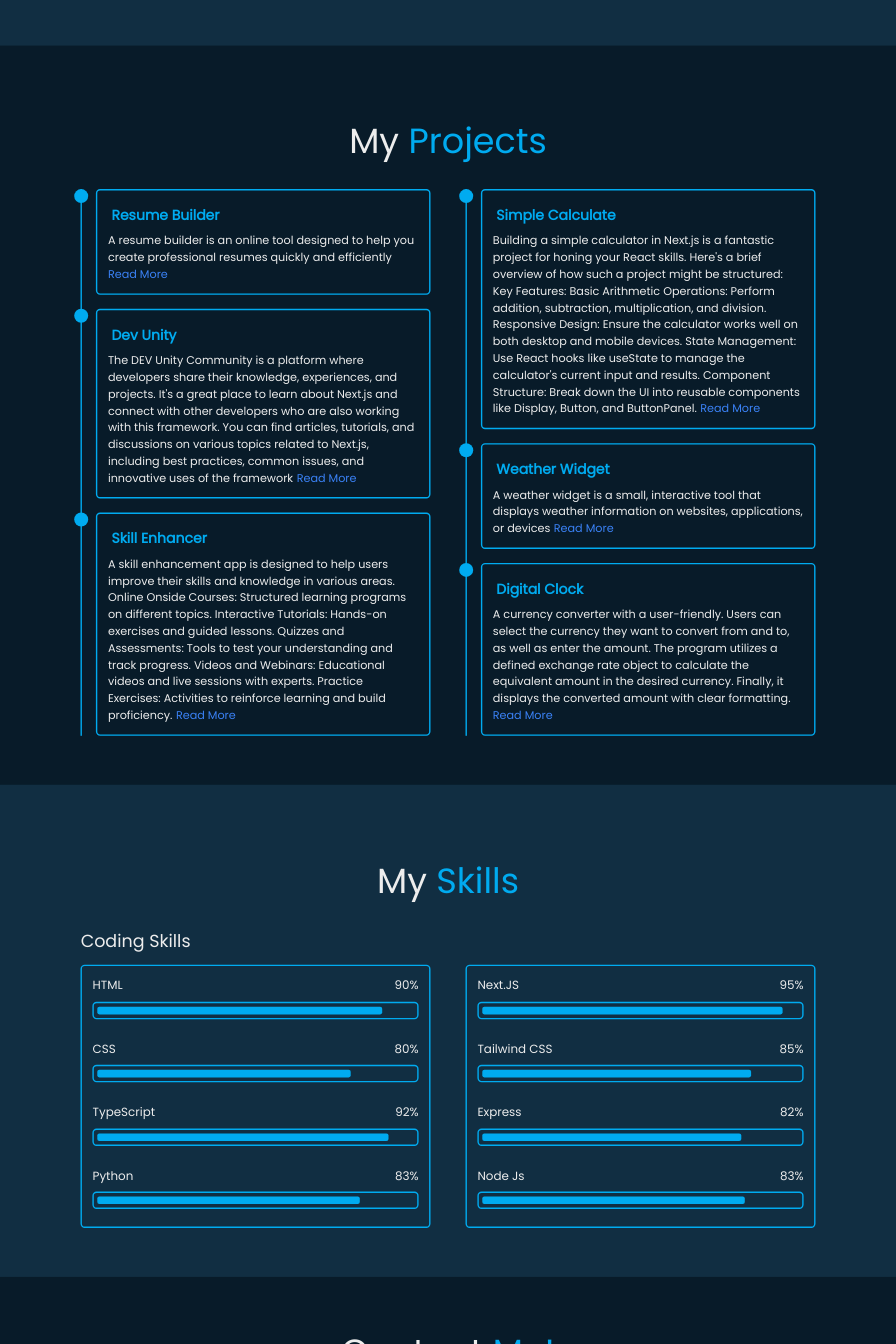
Repository: asadullah48/nextjs_projects_portfolio
Page: /
An editor plug-in stored every save of this project. The page is shown before and after the next save, followed by the edit.
The browser window is 1280 px wide. The pictures show the part of the page from y = 1593 to 3513 px (the page is 4306 px tall), at 70% of full size.
The project was rebuilt for these pictures with package versions that can differ from the ones it lists, and the page was loaded fresh each time. The framework's server and built-in components were replaced by stand-ins that run in the browser. Also part of the build but not shown: next.config.ts.

Above is the page before, as saved 2024-11-13 15:03:13.

After the next save:
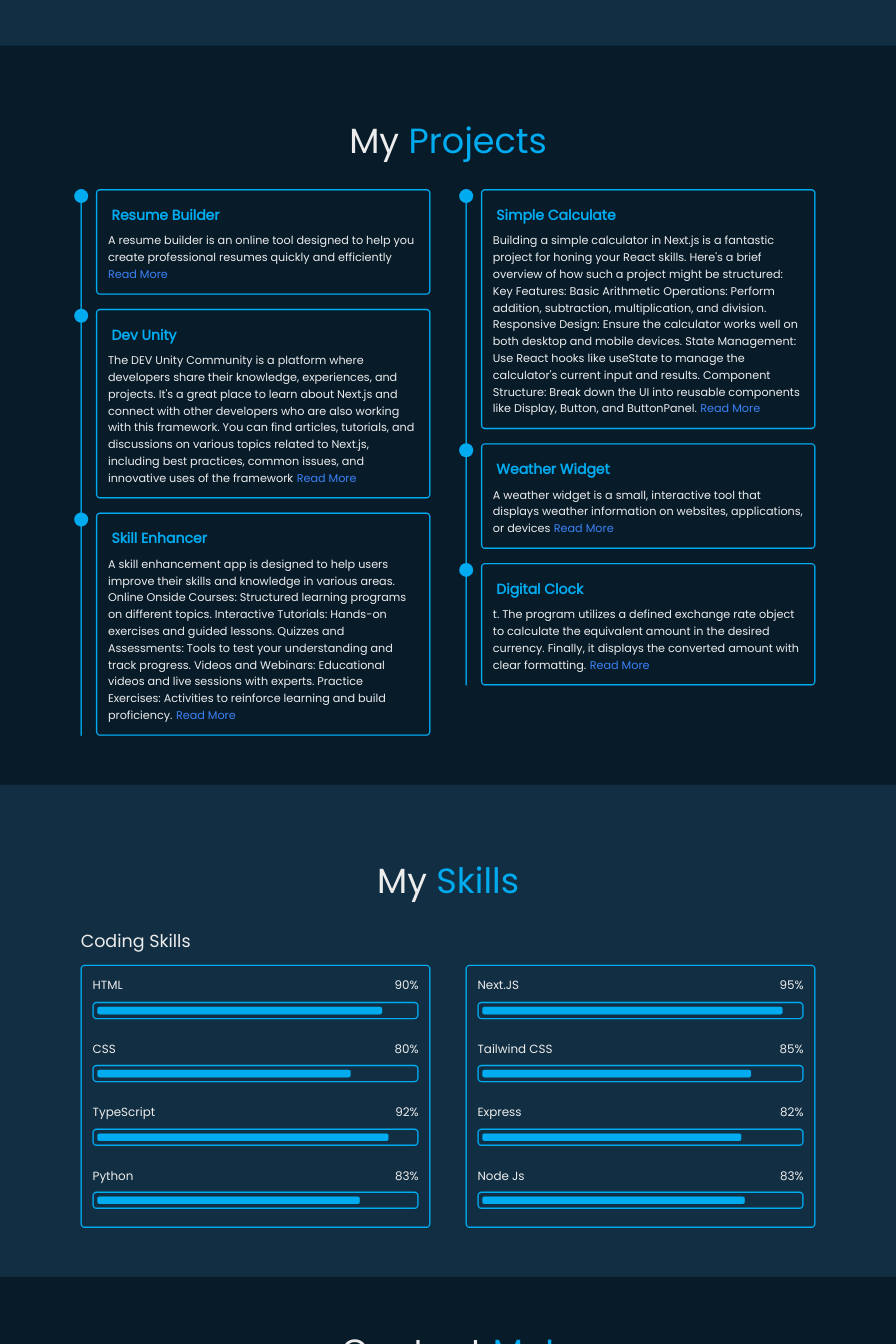
Saved 29 s later.
--- a/src/app/page.tsx
+++ b/src/app/page.tsx
@@ -354,8 +354,7 @@ Component Structure: Break down the UI into reusable components like Display, Bu
                     <h3>Digital Clock</h3>
                   </div>
                   <p>
-                  A currency converter with a user-friendly. Users can select the currency they want to convert from and to,
-                  as well as enter the amount. The program utilizes a defined exchange rate object to calculate the equivalent amount in the desired currency. Finally, it displays the converted amount with clear formatting.
+                  t. The program utilizes a defined exchange rate object to calculate the equivalent amount in the desired currency. Finally, it displays the converted amount with clear formatting.
                     <Link
                       href="https://06-digital-clock-app.vercel.app/"
                       className="text-blue-500
